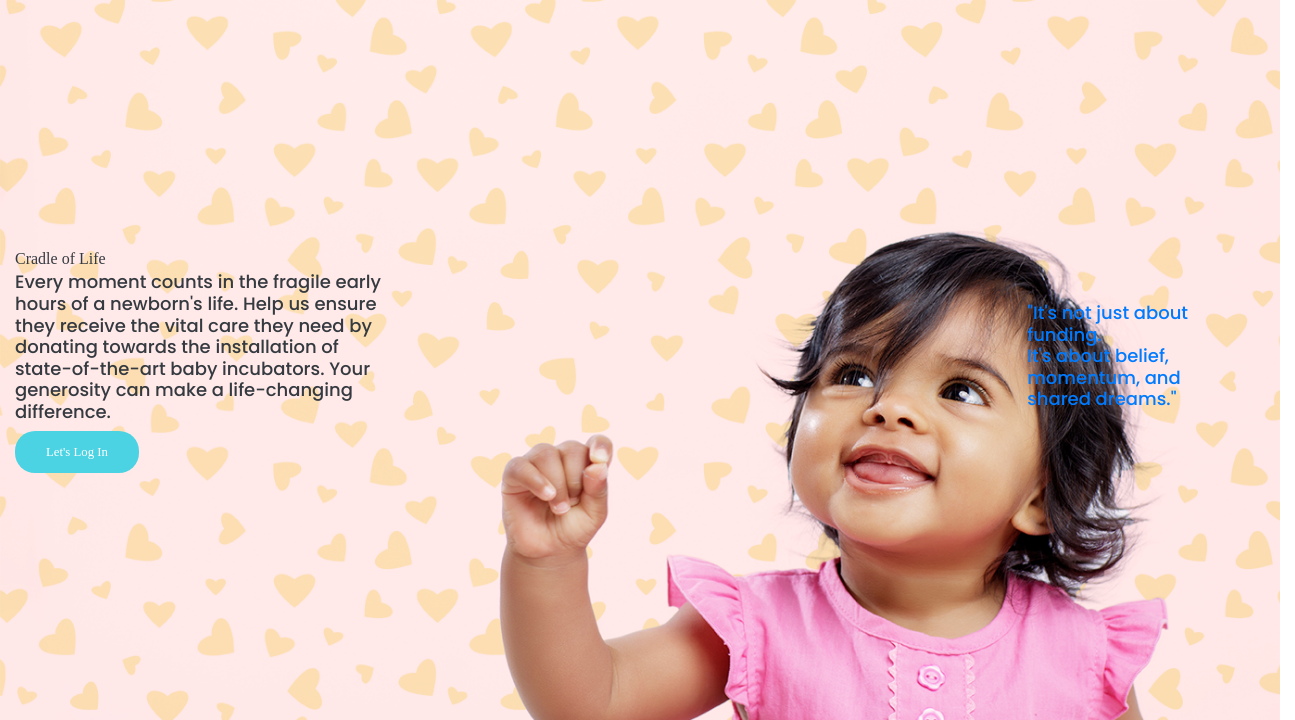
Repository: Adu065/Cradle-of-Life
Page: http://localhost/CradleOfLife/pages/login.jsp
An editor plug-in stored every save of this project. The page is shown before and after the next save, followed by the edit.
The browser window is 1280 px wide. The page is 1295 px wide, so the pictures cover 1295 px, including what lies to the right of the window. The pictures show the whole page.
Some web fonts or font styles are not loaded; a fallback is used. The page is served by Tomcat 9. Other server files are loaded and not shown.

Above is the page before, as saved 2023-08-24 13:58:27.

### CradleOfLife/WebContent/pages/login.jsp
<%@page import="com.helper.UserModel"%>
<%@ page language="java" contentType="text/html; charset=ISO-8859-1"
	pageEncoding="ISO-8859-1"%>
<!DOCTYPE html PUBLIC "-//W3C//DTD HTML 4.01 Transitional//EN" "http://www.w3.org/TR/html4/loose.dtd">
<html>
<head>
<%@include file="../tiles/inc.jsp"%>
</head>
<body>

	<%
		UserModel um = null;
		String role = "", name = "", uid = "";
		boolean isUser = false;
		boolean isAdmin = false;
		boolean isNGO = false;
		if (session.getAttribute("USER_MODEL") != null) {
			um = (UserModel) session.getAttribute("USER_MODEL");
			if (um.getRoleid().equalsIgnoreCase("2")) { // user
				role = "User";
				uid = um.getUserid();
				isUser = true;
			} else if (um.getRoleid().equalsIgnoreCase("1")) {
				role = "NGO";
				uid = um.getUserid();
				isNGO = true;
			} else if (um.getRoleid().equalsIgnoreCase("3")) {
				role = "Administrator";
				uid = um.getUserid();
				isAdmin = true;
			}

		}
	%>
	<div class="slider_area ">
		<div
			class="single_slider d-flex align-items-center justify-content-center slider_bg_1">
			<div class="container">
				<div class="row">
					<div class="col-xl-5 col-lg-6">
						<d<h3 class="text-dark">Cradle of Life</h3>
							<h4 class="text-dark">Every moment counts in the fragile early hours of a
								newborn's life. Help us ensure they receive the vital care they
								need by donating towards the installation of state-of-the-art
								baby incubators. Your generosity can make a life-changing
								difference.</h4>
								<a href="#form_login"
								class="login popup-with-form genric-btn success circle ">Let's
								Log In</a>
						</div>
					</div>
				</div>
				<div class="row align-items-center justify-content-center">
					<div class="col-xl-7 col-md-7">
						<div class="slider_info">


							<h4 class="text-primary ">
								"It's not just about funding. </br>It's about belief, momentum, and
								shared dreams."
							</h4>



						</div>
					</div>

					<!-- Sign in-->
					<form id="form_login" class="white-popup-block mfp-hide"
						action="javascript:fnSubmit();">
						<div class="popup_box ">
							<div class="popup_inner">
								<div class="logo text-center">
									<a href="#"> <img
										src="<%=request.getContextPath()%>/theme/img/logo.png" alt="">
									</a>
								</div>
								<h3>Sign in</h3>

								<div class="row">
									<div class="col-xl-12 col-md-12">
										<input type="text" name="username" id="username"
											placeholder="User Name">
									</div>
									<div class="col-xl-12 col-md-12">
										<input type="password" name="password" id="password"
											placeholder="Password">
									</div>
									<div class="col-xl-12">
										<button type="submit" class="boxed_btn_orange">Sign
											in</button>
									</div>
								</div>

								<p class="dont-hav-acc">
									Not Register? <a class="dont-hav-acc" href="#reg_form">Sign
										Up</a>
								</p>
							</div>
						</div>
					</form>
					<!-- form itself end -->

					<!--Registration form -->
					<form id="reg_form" class="white-popup-block mfp-hide"
						action="javascript:fnReg();">
						<div class="col-xl-12 col-md-12">
							<div class="popup_box">
								<div class="popup_inner">
									<h3>Registration</h3>

									<!-- Role Selection -->
									<div class="row">
										<div class="col-xl-12 col-md-12 mb-4">
											<h4 class="text-dark">Who are you?:</h4>
											<select id="roleid" name="roleid" onchange="fnData();">
												<option value="0">Select Role</option>
												<option value="1">NGO</option>
												<option value="2">Donator</option>
												<option value="3">Admin</option>
											</select>
										</div>
									</div>

									<!-- NGO Form Fields -->
									<div id="NGOForm" style="display: none;">
										<div class="col-xl-12 col-md-12">
											<input type="text" name="ngo" id="ngo"
												placeholder="Enter NGO Name">
										</div>
									</div>

									<!-- Common Fields for all roles -->

									<div class="col-xl-12 col-md-12">
										<input type="email" name="email" id="email"
											placeholder="Enter Email">
									</div>
									<div class="col-xl-12 col-md-12">
										<input type="text" name="address" id="address"
											placeholder="Enter Address">
									</div>
									<div class="col-xl-12 col-md-12">
										<input type="text" name="phoneno" id="phoneno"
											pattern="[0-9]{10}" title="Accepted 10 Digit Only"
											placeholder="Mobile Number" required="required">
									</div>
									<!-- User Form Fields -->
									<div id="UserForm" style="display: none;">
										<div class="col-xl-12 col-md-12">
											<input type="text" name="fname" id="fname"
												placeholder="Enter First Name">
										</div>
										<div class="col-xl-12 col-md-12">
											<input type="text" name="lname" id="lname"
												placeholder="Enter Last Name">
										</div>
										<div class="col-xl-12 col-md-12">
											<input type="text" name="pancardno" id="pancardno"
												pattern="^[A-Z]{5}\d{4}[A-Z]{1}$"
												title="Accepted 10 Digit Only"
												placeholder="Enter PAN card No.">
										</div>
									</div>

									<!-- Admin Form Fields -->
									<div id="AdminForm" style="display: none;">
										<div class="col-xl-12 col-md-12">
											<input type="text" name="name" id="adminname"
												placeholder="Enter Name">
										</div>
									</div>

									<!-- Common Fields for username and password -->
									<div class="col-xl-12 col-md-12">
										<input type="text" name="username" id="username"
											placeholder="Enter Username">
									</div>
									<div class="col-xl-12 col-md-12">
										<input type="password" name="password" id="password"
											placeholder="Password">
									</div>
									<div class="col-xl-12 col-md-12">
										<input type="password" name="cpassword" id="cpassword"
											placeholder="Confirm password"> <span
											class="font-weight-bold text-center" id='message'></span>
									</div>
									<div class="col-xl-12 d-flex justify-content-center">
										<button type="submit" class="boxed_btn_orange">Sign
											Up</button>
									</div>
								</div>
							</div>
						</div>
					</form>

					<!-- form itself end -->

				</div>
			</div>
		</div>
	</div>
	<%@include file="../tiles/footer_inc.jsp"%>
</body>
<script type="text/javascript">
$('#password, #cpassword').on('keyup', function () {
	  if ($('#password').val() == $('#cpassword').val()) {
	    $('#message').html('Matching').css('color', 'cyan');
	  } else
	    $('#message').html('Not Matching').css('color', 'red');
	});
	</script>
<script type="text/javascript">
function fnData() {
    var selectedRole = document.getElementById("roleid").value;

    // Hide all form sections by default
    document.getElementById("NGOForm").style.display = "none";
    document.getElementById("UserForm").style.display = "none";
    document.getElementById("AdminForm").style.display = "none";

    // Display appropriate form sections based on the selected role
    if (selectedRole == "1") { // NGO
        document.getElementById("NGOForm").style.display = "block";
    } else if (selectedRole == "2") { // Donator/User
        document.getElementById("UserForm").style.display = "block";
    } else if (selectedRole == "3") { // Admin
        document.getElementById("AdminForm").style.display = "block";
    }
}

function fnSubmit(){
	var str = $("#form_login" ).serialize();
	//alert(str);
	$.post("<%=request.getContextPath()%>/tiles/ajax.jsp?methodId=checkLogin",str, function(data) {

		                    data = $.trim(data);
								if (data==1) {
<%-- 									if(<%=um.getRoleid()%>=="1"){ --%>
                               window.location.href = "<%=request.getContextPath()%>/pages/index.jsp";
<%-- 									}if(<%=um.getRoleid()%>=="2"){ --%>
<%-- 										WINDOW.LOCATION.HREF="<%=REQUEST.GETCONTEXTPATH()%>/PAGES/ADDSTATION.JSP";     --%>
								//	}


							}else {
								alert("Please Enter Valid Credentials");
							}
							$('#form_login')[0].reset();
						});
}


	//registration form
	function fnReg(){
	var str = $("#reg_form").serialize();
// 	alert(str);
	$.post("<%=request.getContextPath()%>/tiles/ajax.jsp?methodId=registerNewUser",
						str, function(data) {
							data = $.trim(data);
							if (data==1) {

								window.location.href="<%=request.getContextPath()%>/pages/login.jsp";
							} else {
								alert("Error");
							}
							$('#reg_form')[0].reset();
						});
	}
</script>
</html>

### CradleOfLife/WebContent/tiles/inc.jsp
    <meta charset="utf-8">
    <meta http-equiv="x-ua-compatible" content="ie=edge">
    <title>Cradle of Life</title>
    <meta name="description" content="">
    <meta name="viewport" content="width=device-width, initial-scale=1">

    <!-- <link rel="manifest" href="site.webmanifest"> -->
    <link rel="shortcut icon" type="image/x-icon" href="<%=request.getContextPath()%>/theme/img/favicon.png">
    <!-- Place favicon.ico in the root directory -->

    <!-- CSS here -->
    <link rel="stylesheet" href="<%=request.getContextPath()%>/theme/css/bootstrap.css">
    <link rel="stylesheet" href="<%=request.getContextPath()%>/theme/css/owl.carousel.min.css">
    <link rel="stylesheet" href="<%=request.getContextPath()%>/theme/css/magnific-popup.css">
    <link rel="stylesheet" href="<%=request.getContextPath()%>/theme/css/font-awesome.min.css">
    <link rel="stylesheet" href="<%=request.getContextPath()%>/theme/css/themify-icons.css">
    <link rel="stylesheet" href="<%=request.getContextPath()%>/theme/css/nice-select.css">
    <link rel="stylesheet" href="<%=request.getContextPath()%>/theme/css/flaticon.css">
    <link rel="stylesheet" href="<%=request.getContextPath()%>/theme/css/gijgo.css">
    <link rel="stylesheet" href="<%=request.getContextPath()%>/theme/css/animate.css">
    <link rel="stylesheet" href="<%=request.getContextPath()%>/theme/css/slicknav.css">
    <link rel="stylesheet" href="<%=request.getContextPath()%>/theme/css/style.css">
<%--     <link rel="stylesheet" href="<%=request.getContextPath()%>/theme/css/allicons.css"> --%>
    <link rel="stylesheet" href="https://cdnjs.cloudflare.com/ajax/libs/font-awesome/5.15.1/css/all.min.css">

### CradleOfLife/WebContent/tiles/footer_inc.jsp

<!-- JS here -->
<script
	src="<%=request.getContextPath()%>/theme/js/vendor/modernizr-3.5.0.min.js"></script>
<script
	src="<%=request.getContextPath()%>/theme/js/vendor/jquery-1.12.4.min.js"></script>
<script src="<%=request.getContextPath()%>/theme/js/popper.min.js"></script>
<script src="<%=request.getContextPath()%>/theme/js/bootstrap.min.js"></script>
<script src="<%=request.getContextPath()%>/theme/js/owl.carousel.min.js"></script>
<script src="<%=request.getContextPath()%>/theme/js/isotope.pkgd.min.js"></script>
<script src="<%=request.getContextPath()%>/theme/js/ajax-form.js"></script>
<script src="<%=request.getContextPath()%>/theme/js/waypoints.min.js"></script>
<script
	src="<%=request.getContextPath()%>/theme/js/jquery.counterup.min.js"></script>
<script
	src="<%=request.getContextPath()%>/theme/js/imagesloaded.pkgd.min.js"></script>
<script src="<%=request.getContextPath()%>/theme/js/scrollIt.js"></script>
<script
	src="<%=request.getContextPath()%>/theme/js/jquery.scrollUp.min.js"></script>
<script src="<%=request.getContextPath()%>/theme/js/wow.min.js"></script>
<script src="<%=request.getContextPath()%>/theme/js/nice-select.min.js"></script>
<script
	src="<%=request.getContextPath()%>/theme/js/jquery.slicknav.min.js"></script>
<script
	src="<%=request.getContextPath()%>/theme/js/jquery.magnific-popup.min.js"></script>
<script src="<%=request.getContextPath()%>/theme/js/plugins.js"></script>
<script src="<%=request.getContextPath()%>/theme/js/gijgo.min.js"></script>

<!--contact js-->
<script src="<%=request.getContextPath()%>/theme/js/contact.js"></script>
<script
	src="<%=request.getContextPath()%>/theme/js/jquery.ajaxchimp.min.js"></script>
<script src="<%=request.getContextPath()%>/theme/js/jquery.form.js"></script>
<script
	src="<%=request.getContextPath()%>/theme/js/jquery.validate.min.js"></script>
<script src="<%=request.getContextPath()%>/theme/js/mail-script.js"></script>
<script src="<%=request.getContextPath()%>/theme/js/main.js"></script>

Loaded but not shown: CradleOfLife/WebContent/theme/css/bootstrap.css (library); CradleOfLife/WebContent/theme/css/owl.carousel.min.css (common file); CradleOfLife/WebContent/theme/css/magnific-popup.css (library); CradleOfLife/WebContent/theme/css/font-awesome.min.css (library); CradleOfLife/WebContent/theme/css/themify-icons.css (common file); CradleOfLife/WebContent/theme/css/nice-select.css (common file); CradleOfLife/WebContent/theme/css/flaticon.css (common file); CradleOfLife/WebContent/theme/css/animate.css (library); CradleOfLife/WebContent/theme/css/slicknav.css (common file); CradleOfLife/WebContent/theme/css/style.css (library); CradleOfLife/WebContent/theme/js/popper.min.js (library); CradleOfLife/WebContent/theme/js/bootstrap.min.js (library); CradleOfLife/WebContent/theme/js/owl.carousel.min.js (library); CradleOfLife/WebContent/theme/js/isotope.pkgd.min.js (library); CradleOfLife/WebContent/theme/js/waypoints.min.js (library); CradleOfLife/WebContent/theme/js/jquery.counterup.min.js (common file); CradleOfLife/WebContent/theme/js/imagesloaded.pkgd.min.js (library); CradleOfLife/WebContent/theme/js/jquery.scrollUp.min.js (common file); CradleOfLife/WebContent/theme/js/wow.min.js (library); CradleOfLife/WebContent/theme/js/nice-select.min.js (common file); CradleOfLife/WebContent/theme/js/jquery.slicknav.min.js (library); CradleOfLife/WebContent/theme/js/jquery.magnific-popup.min.js (library); CradleOfLife/WebContent/theme/js/gijgo.min.js (library); CradleOfLife/WebContent/theme/js/jquery.ajaxchimp.min.js (library); CradleOfLife/WebContent/theme/js/jquery.form.js (library); CradleOfLife/WebContent/theme/js/jquery.validate.min.js (library); CradleOfLife/WebContent/theme/js/main.js (317 lines, source omitted); CradleOfLife/WebContent/theme/js/scrollIt.js (129 lines, source omitted); CradleOfLife/WebContent/theme/js/contact.js (85 lines, source omitted); CradleOfLife/WebContent/theme/js/mail-script.js (31 lines, source omitted); CradleOfLife/WebContent/theme/js/ajax-form.js (48 lines, source omitted); CradleOfLife/WebContent/theme/js/plugins.js (24 lines, source omitted); CradleOfLife/WebContent/theme/css/gijgo.css (2704 lines, source omitted)

After the next save:
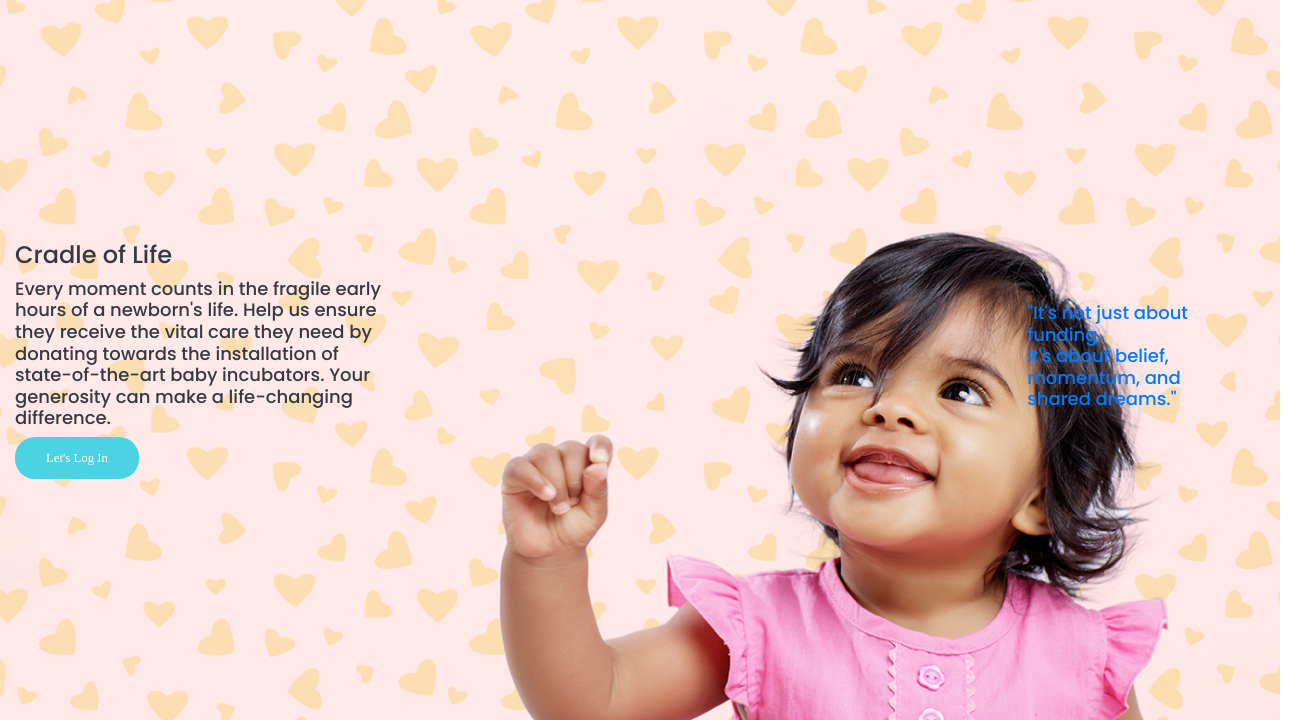
Saved 7 s later.
--- a/CradleOfLife/WebContent/pages/login.jsp
+++ b/CradleOfLife/WebContent/pages/login.jsp
@@ -38,7 +38,7 @@
 			<div class="container">
 				<div class="row">
 					<div class="col-xl-5 col-lg-6">
-						<d<h3 class="text-dark">Cradle of Life</h3>
+						<h3 class="text-dark">Cradle of Life</h3>
 							<h4 class="text-dark">Every moment counts in the fragile early hours of a
 								newborn's life. Help us ensure they receive the vital care they
 								need by donating towards the installation of state-of-the-art
